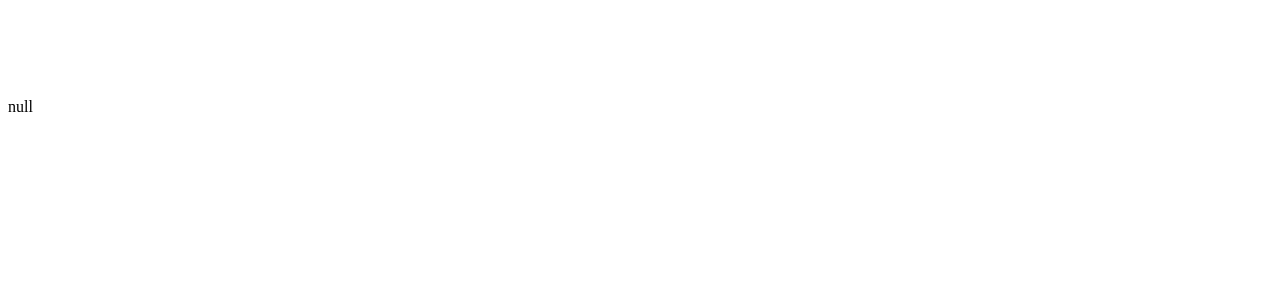
Repository: jajusu/Ohjelmointi2
Page: http://localhost/KolmasTehtava/nayta.jsp
An editor plug-in stored every save of this project. The page is shown before and after the next save, followed by the edit.
The browser window is 1280 px wide. The pictures show the whole page.
The page is served by Tomcat 9.

Above is the page before, as saved 2021-04-09 09:08:13.
Console error: ReferenceError: getParam is not defined

After the next save:
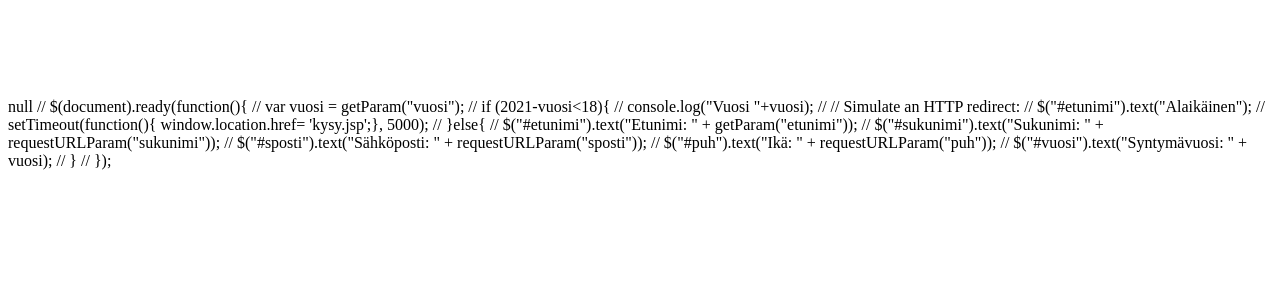
The error is gone.
Saved 49 s later.
--- a/KolmasTehtava/WebContent/nayta.jsp
+++ b/KolmasTehtava/WebContent/nayta.jsp
@@ -24,25 +24,25 @@
 	out.print(etunimi);
 
 %>
-<script>
-$(document).ready(function(){
+<!-- <script> -->
+// $(document).ready(function(){
 
-	var vuosi = getParam("vuosi");
+// 	var vuosi = getParam("vuosi");
 
-	if (2021-vuosi<18){
-		console.log("Vuosi "+vuosi);
-		// Simulate an HTTP redirect:
-		$("#etunimi").text("Alaikäinen");
-		setTimeout(function(){ window.location.href= 'kysy.jsp';}, 5000);
-	}else{
-		$("#etunimi").text("Etunimi: " + getParam("etunimi"));
-		$("#sukunimi").text("Sukunimi: " + requestURLParam("sukunimi"));
-		$("#sposti").text("Sähköposti: " + requestURLParam("sposti"));
-		$("#puh").text("Ikä: " + requestURLParam("puh"));
-		$("#vuosi").text("Syntymävuosi: " + vuosi);
-	}
+// 	if (2021-vuosi<18){
+// 		console.log("Vuosi "+vuosi);
+// 		// Simulate an HTTP redirect:
+// 		$("#etunimi").text("Alaikäinen");
+// 		setTimeout(function(){ window.location.href= 'kysy.jsp';}, 5000);
+// 	}else{
+// 		$("#etunimi").text("Etunimi: " + getParam("etunimi"));
+// 		$("#sukunimi").text("Sukunimi: " + requestURLParam("sukunimi"));
+// 		$("#sposti").text("Sähköposti: " + requestURLParam("sposti"));
+// 		$("#puh").text("Ikä: " + requestURLParam("puh"));
+// 		$("#vuosi").text("Syntymävuosi: " + vuosi);
+// 	}
 
-});
-</script>
+// });
+<!-- </script> -->
 </body>
 </html>
